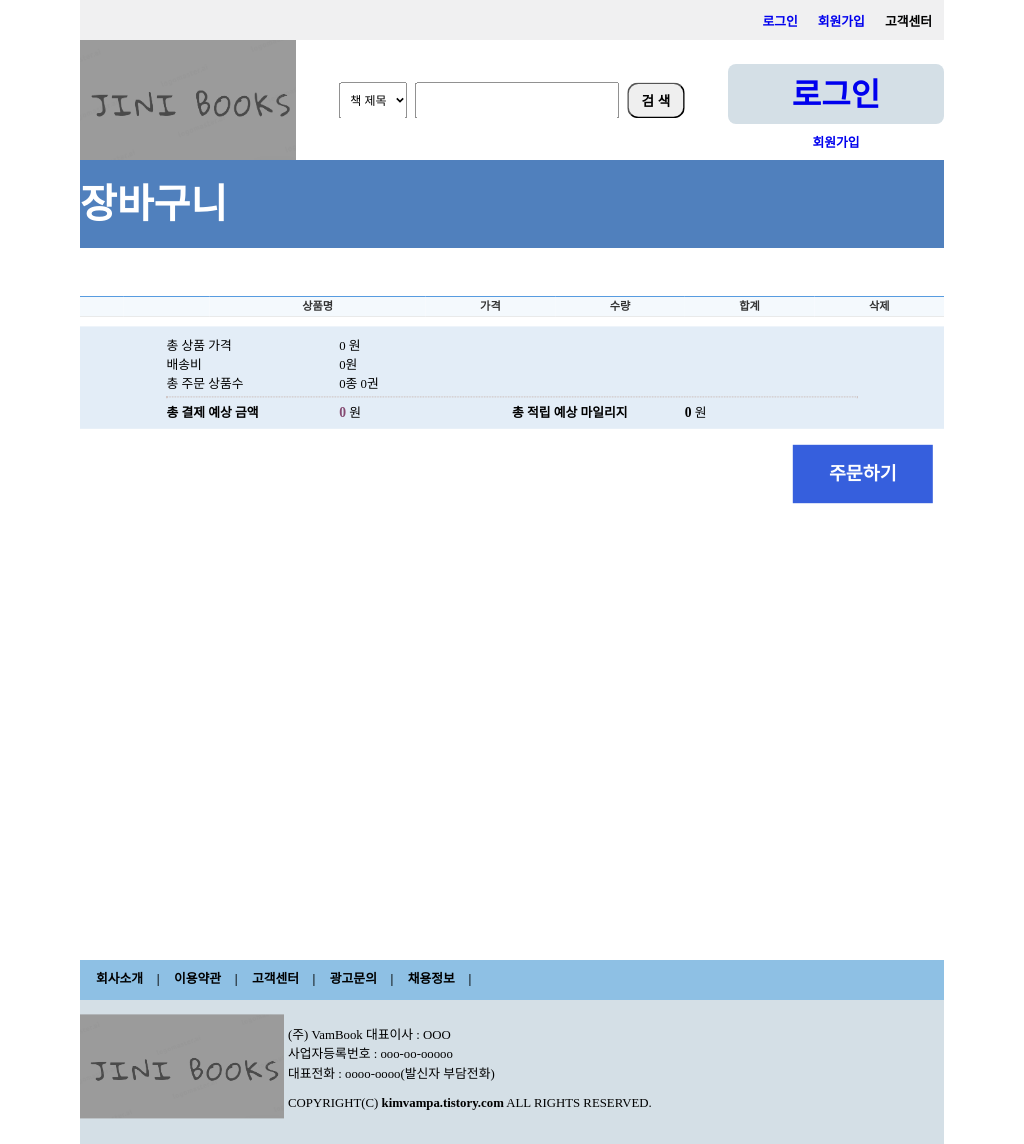
Repository: leechanjin7/ShoppingMall
Page: http://localhost/ShoppingMall/WEB-INF/views/cart.jsp
These files come from the project's save history. The page is drawn as it stood at one moment and after the next save; the edit follows.
The browser window is 1280 px wide. The pictures show the whole page, at 80% of full size.
The page is served by Tomcat 9. Nobody is signed in. Other server files are loaded and not shown. The template is opened directly, without the code that normally fills it, so the values that code supplies are empty.

Above is the page before, as saved 2023-09-12 06:09:26.

### workspace/ShoppingMall/src/main/webapp/WEB-INF/views/cart.jsp
<%@ page language="java" contentType="text/html; charset=UTF-8"
	pageEncoding="UTF-8"%>
<%@ taglib uri="http://java.sun.com/jsp/jstl/core" prefix="c"%>
<%@ taglib prefix="fmt" uri="http://java.sun.com/jsp/jstl/fmt"%>
<!DOCTYPE html>
<html>
<head>
<meta charset="UTF-8">
<title>Welcome BookMall</title>
<link rel="stylesheet" href="/resources/css/cart.css">
<script src="https://code.jquery.com/jquery-3.4.1.js"
	integrity="sha256-WpOohJOqMqqyKL9FccASB9O0KwACQJpFTUBLTYOVvVU="
	crossorigin="anonymous"></script>
</head>
<body>

	<div class="wrapper">
		<div class="wrap">
			<div class="top_gnb_area">
				<ul class="list">
					<c:if test="${member == null}">
						<!-- 로그인 x -->
						<li><a href="/member/login">로그인</a></li>
						<li><a href="/member/join">회원가입</a></li>
					</c:if>
					<c:if test="${member != null }">
						<!-- 로그인 o -->
						<c:if test="${member.adminCk == 1 }">
							<!-- 관리자 계정 -->
							<li><a href="/admin/main">관리자 페이지</a></li>
						</c:if>
						<li><a id="gnb_logout_button">로그아웃</a></li>
						<li>마이룸</li>
						<li><a href="/cart/${member.memberId}">장바구니</a></li>
					</c:if>
					<li>고객센터</li>
				</ul>
			</div>
			<div class="top_area">
				<!-- 로고영역 -->
				<div class="logo_area">
					<a href="/main"><img src="/resources/img/mLogo.png"></a>
				</div>
				<div class="search_area">
					<div class="search_wrap">
						<form id="searchForm" action="/search" method="get">
							<div class="search_input">
								<select name="type">
									<option value="T">책 제목</option>
									<option value="A">작가</option>
								</select> <input type="text" name="keyword"
									value="<c:out value="${pageMaker.cri.keyword}"/>">
								<button class='btn search_btn'>검 색</button>
							</div>
						</form>
					</div>
				</div>
				<div class="login_area">

					<!-- 로그인 하지 않은 상태 -->
					<c:if test="${member == null }">
						<div class="login_button">
							<a href="/member/login">로그인</a>
						</div>
						<span><a href="/member/join">회원가입</a></span>
					</c:if>

					<!-- 로그인한 상태 -->
					<c:if test="${ member != null }">
						<div class="login_success_area">
							<span>회원 : ${member.memberName}</span> <span>충전금액 : <fmt:formatNumber
									value="${member.money }" pattern="\#,###.##" /></span> <span>포인트
								: <fmt:formatNumber value="${member.point }" pattern="#,###" />
							</span> <a href="/member/logout.do">로그아웃</a>
						</div>
					</c:if>

				</div>
				<div class="clearfix"></div>
			</div>
			<div class="content_area">


				<div class="content_subject"><span>장바구니</span></div>
				<!-- 장바구니 리스트 -->
				<div class="content_middle_section"></div>
				<!-- 장바구니 가격 합계 -->
				<!-- cartInfo -->
				<div class="content_totalCount_section">

					<table class="subject_table">
						<caption>표 제목 부분</caption>
						<tbody>

							<tr>
								<th class="td_width_1"></th>
								<th class="td_width_2"></th>
								<th class="td_width_3">상품명</th>
								<th class="td_width_4">가격</th>
								<th class="td_width_4">수량</th>
								<th class="td_width_4">합계</th>
								<th class="td_width_4">삭제</th>
							</tr>
						</tbody>
					</table>
					<table class="cart_table">
						<caption>표 내용 부분</caption>
						<tbody>
							<c:forEach items="${cartInfo}" var="ci">
								<tr>
									<td class="td_width_1 cart_info_td">
										<input type="checkbox" class="individual_cart_checkbox_input_size_20" checked="checked" />
										<input type="hidden" class="individual_bookPrice_input" value="${ci.bookPrice}">
										<input type="hidden" class="individual_salePrice_input" value="${ci.salePrice}">
										<input type="hidden" class="individual_bookCount_input" value="${ci.bookCount}">
										<input type="hidden" class="individual_totalPrice_input" value="${ci.salePrice * ci.bookCount}">
										<input type="hidden" class="individual_point_input" value="${ci.point}">
										<input type="hidden" class="individual_totalPoint_input" value="${ci.totalPoint}">
									</td>
									<td class="td_width_2"></td>
									<td class="td_width_3">${ci.bookName}</td>
									<td class="td_width_4 price_td">
										<del>정가 : <fmt:formatNumber value="${ci.bookPrice}" pattern="#,### 원" /></del><br>
										판매가 : <span class="red_color"><fmt:formatNumber value="${ci.salePrice}" pattern="#,### 원" /></span><br>
										마일리지 : <span class="green_color"><fmt:formatNumber value="${ci.point}" pattern="#,###" /></span>
									</td>
									<td class="td_width_4 table_text_align_center">
										<div class="table_text_align_center quantity_div">
											<input type="text" value="${ci.bookCount}" class="quantity_input">
											<button class="quantity_btn plus_btn">+</button>
											<button class="quantity_btn minus_btn">-</button>
										</div>
										<a class="quantity_modify_btn">변경</a>
									</td>
									<td class="td_width_4 table_text_align_center">
										<fmt:formatNumber value="${ci.salePrice * ci.bookCount}" pattern="#,### 원" />
									</td>
									<td class="td_width_4 table_text_align_center delete_btn"><button>삭제</button></td>
								</tr>
							</c:forEach>
						</tbody>
					</table>
					<table class="list_table">
					</table>
				</div>
				<!-- 가격 종합 -->
				<div class="content_total_section">
					<div class="total_wrap">
						<table>
							<tr>
								<td>
									<table>
										<tr>
											<td>총 상품 가격</td>
											<td>
												<span class="totalPrice_span">70000</span> 원
											</td>
										</tr>
										<tr>
											<td>배송비</td>
											<td>
												<span class="delivery_price">3000</span>원
											</td>
										</tr>
										<tr>
											<td>총 주문 상품수</td>
											<td><span class="totalKind_span"></span>종 <span class="totalCount_span"></span>권</td>
										</tr>
									</table>
								</td>
								<td>
									<table>
										<tr>
											<td></td>
											<td></td>
										</tr>
									</table>
								</td>
							</tr>
						</table>
						<div class="boundary_div">구분선</div>
						<table>
							<tr>
								<td>
									<table>
										<tbody>
											<tr>
												<td>
													<strong>총 결제 예상 금액</strong>
												</td>
												<td>
													<span class="finalTotalPrice_span">70000</span> 원
												</td>
											</tr>
										</tbody>
									</table>
								</td>
								<td>
									<table>
										<tbody>
											<tr>
												<td>
													<strong>총 적립 예상 마일리지</strong>

												</td>
												<td>
													<span class="totalPoint_span">70000</span> 원
												</td>
											</tr>
										</tbody>
									</table>
								</td>
							</tr>
						</table>
					</div>
				</div>
				<!-- 구매 버튼 영역 -->
				<div class="content_btn_section">
					<a>주문하기</a>
				</div>


			</div>

			<!-- Footer 영역 -->
			<div class="footer_nav">
				<div class="footer_nav_container">
					<ul>
						<li>회사소개</li>
						<span class="line">|</span>
						<li>이용약관</li>
						<span class="line">|</span>
						<li>고객센터</li>
						<span class="line">|</span>
						<li>광고문의</li>
						<span class="line">|</span>
						<li>채용정보</li>
						<span class="line">|</span>
					</ul>
				</div>
			</div>
			<!-- class="footer_nav" -->

			<div class="footer">
				<div class="footer_container">

					<div class="footer_left">
						<img src="/resources/img/Logo.png">
					</div>
					<div class="footer_right">
						(주) VamBook 대표이사 : OOO <br> 사업자등록번호 : ooo-oo-ooooo <br>
						대표전화 : oooo-oooo(발신자 부담전화) <br> <br> COPYRIGHT(C) <strong>kimvampa.tistory.com</strong>
						ALL RIGHTS RESERVED.
					</div>
					<div class="clearfix"></div>
				</div>
			</div>
			<!-- class="footer" -->

		</div>
		<!-- class="wrap" -->
	</div>
	<!-- class="wrapper" -->

	<script>

	$(document).ready(function(){

		//종합 정보 섹션 정보 삽입
		setTotalInfo();
	});

	/* 체크여부에따른 종합 정보 변화 */
	$(".individual_cart_checkbox").on("change", function(){
		/* 총 주문 정보 세팅(배송비, 총 가격, 마일리지, 물품 수, 종류) */
		setTotalInfo($(".cart_info_td"));
	});
	/* 총 주문 정보 세팅(배송비, 총 가격, 마일리지, 물품 수, 종류) */
	function setTotalInfo(){

		let totalPrice = 0;				// 총 가격
		let totalCount = 0;				// 총 갯수
		let totalKind = 0;				// 총 종류
		let totalPoint = 0;				// 총 마일리지
		let deliveryPrice = 0;			// 배송비
		let finalTotalPrice = 0; 		// 최종 가격(총 가격 + 배송비)


		$(".cart_info_td").each(function(index, element){

			if($(element).find(".individual_cart_checkbox").is(":checked") == true){
				// 총 가격
				totalPrice += parseInt($(element).find(".individual_totalPrice_input").val());
				// 총 갯수
				totalCount += parseInt($(element).find(".individual_bookCount_input").val());
				// 총 종류
				totalKind += 1;
				// 총 마일리지
				totalPoint += parseInt($(element).find(".individual_totalPoint_input").val());
			}

		});


		/* 배송비 결정 */
		if(totalPrice >= 30000){
			deliveryPrice = 0;
		} else if(totalPrice == 0){
			deliveryPrice = 0;
		} else {
			deliveryPrice = 3000;
		}

			finalTotalPrice = totalPrice + deliveryPrice;

		/* ※ 세자리 컴마 Javscript Number 객체의 toLocaleString() */

		// 총 가격
		$(".totalPrice_span").text(totalPrice.toLocaleString());
		// 총 갯수
		$(".totalCount_span").text(totalCount);
		// 총 종류
		$(".totalKind_span").text(totalKind);
		// 총 마일리지
		$(".totalPoint_span").text(totalPoint.toLocaleString());
		// 배송비
		$(".delivery_price").text(deliveryPrice);
		// 최종 가격(총 가격 + 배송비)
		$(".finalTotalPrice_span").text(finalTotalPrice.toLocaleString());
	}
	</script>

</body>
</html>

### workspace/ShoppingMall/src/main/webapp/resources/css/cart.css
@charset "UTF-8";

* {
	margin: 0;
	padding: 0;
}

a {
	text-decoration: none;
}
/* 화면 전체 렙 */
.wrapper {
	width: 100%;
}
/* content 랩 */
.wrap {
	width: 1080px;
	margin: auto;
}
/* 홈페이지 기능 네비 */
.top_gnb_area {
	width: 100%;
	height: 50px;
	background-color: #f0f0f1;
	position: relative;
}

.top_gnb_area .list {
	position: absolute;
	top: 0px;
	right: 0;
}

.top_gnb_area .list li {
	list-style: none;
	float: left;
	padding: 13px 15px 0 10px;
	font-weight: 900;
	cursor: pointer;
}
/* 로고, 검색, 로그인 */
.top_area {
	width: 100%;
	height: 150px;
	/* background-color: #f7f0b9; */
}
/* 로고 영역 */
.logo_area {
	width: 25%;
	height: 100%;
	float: left;
}

.logo_area img {
	width: 100%;
	height: 100%;
}

/* 검색 박스 영역 */
.search_area {
	width: 50%;
	height: 100%;
	float: left;
}

.search_wrap {
	width: 100%;
	height: 100%;
}

#searchForm {
	width: 100%;
	height: 100%;
	display: flex;
	justify-content: center;
	align-items: center;
}

.search_input {
	display: flex;
	height: 30%;
	width: 80%;
}

.search_input select {
	width: 20%;
	text-align: center;
	font-size: 15px;
}

.search_input input {
	margin-left: 10px;
	width: 57%;
	font-size: 18px;
	padding-left: 2%;
}

.search_btn {
	margin-left: 10px;
	width: 17%;
	border-radius: 14px;
	font-size: 17px;
	font-weight: 600;
}

/* 로그인 버튼 영역 */
.login_area {
	width: 25%;
	height: 100%;
	display: inline-block;
	text-align: center;
}

.login_button {
	height: 50%;
	background-color: #D4DFE6;
	margin-top: 30px;
	line-height: 77px;
	font-size: 40px;
	font-weight: 900;
	border-radius: 10px;
	cursor: pointer;
}

.login_area>span {
	margin-top: 10px;
	font-weight: 900;
	display: inline-block;
}

.login_button {
	height: 50%;
	background-color: #D4DFE6;
	margin-top: 30px;
}

/* 제품 목록 네비 */
.navi_bar_area {
	width: 100%;
	height: 70px;
	background-color: #7696fd;
}

/* 홈페이지 메인 제품 목록  */
.content_area {
	width: 100%;
	min-height: 1000px;
}

/* 로그인 성공 영역 */
.login_success_area {
	height: 62%;
	width: 80%;
	border: 2px solid #7474ad;
	border-radius: 15px;
	margin: 5% auto;
	padding-top: 5%;
}

.login_success_area>a {
	font-size: 15px;
	font-weight: 900;
	display: inline-block;
	margin-top: 5px;
	background: #e1e5e8;
	width: 82px;
	height: 22px;
	line-height: 22px;
	border-radius: 25px;
	color: #606267;
}

.login_success_area>span {
	display: block;
	text-align: left;
	margin-left: 10%;
}

/* 검색결과 없음 */
.table_empty {
	height: 50px;
	text-align: center;
	margin: 200px 0 215px 0px;
	font-size: 25px;
}

/* 필터정보 */
.search_filter {
	width: 85%;
	margin: auto;
	margin-top: 30px;
	margin-bottom: 50px;
}

.filter_button_wrap {
	width: 100%;
}

.filter_button_wrap button {
	width: 50%;
}

.filter_button {
	background-color: #04AA6D;
	border: 1px solid green;
	color: white;
	padding: 10px 24px;
	cursor: pointer;
	float: left;
}

.filter_button_wrap:after {
	content: "";
	clear: both;
	display: table;
}

.filter_button_wrap button:not(:last-child) {
	border-right: none;
}

.filter_button:hover {
	background-color: #3e8e41;
}

.filter_active {
	background-color: #045d3c;
}

.filter_content {
	padding: 20px 50px 20px 50px;
	border: 1px solid gray;
}

.filter_content a:not(:first-child) {
	margin-left: 10px;
}

.filter_a {
	display: block;
}

.filter_b {
	display: none;
}

table {
	border-collapse: collapse;
	width: 100%;
}

.table_text_align_center {
	text-align: center;
}

caption {
	visibility: hidden;
	width: 0;
	height: 0;
	font-size: 0;
	line-height: 0;
	overflow: hidden;
}

.content_subject {
	height: 110px;
	line-height: 110px;
	background-color: #5080bd;
	margin-bottom: 60px;
}

.content_subject span {
	padding-left: 30 px;
	display: inline-block;
	color: white;
	font-size: 50px;
	font-weight: bolder;
}

.content_totalCount_section {
	margin-bottom: 12px;
}

.content_btn_section {
	margin-top: 20px;
	text-align: right;
}

.content_btn_section a {
	color: #fefeff;
	background-color: #365fdd;
	min-width: 125px;
	padding: 17px 25px;
	display: inline-block;
	height: 39px;
	font-size: 23px;
	font-weight: bold;
	text-align: center;
	margin-right: 14px;
	line-height: 39px;
}

.subject_table {
	font-size: 14px;
	line-height: 20px;
	width: 100%;
	text-align: center;
}

th {
	text-align: center;
	color: #333;
	border-bottom: 1px solid #e7e7e7;
	border-top: 1px solid #3084d9;
	background: #f4f9fd;
	padding: 2px 0;
}

.td_width_1 {
	width: 5%;
}

.td_width_2 {
	width: 10%;
}

.td_width_3 {
	width: 25%;
}

.td_width_4 {
	width: 15%;
}

.cart_table {
	font-size: 14px;
	line-height: 20px;
}

.cart_table tr {
	height: 110px;
}

.price_td {
	padding-left: 5px;
}

.red_color {
	color: red;
}

.green_color {
	color: green;
}

.cart_table td {
	border-bottom: 1px solid #e7e7e7;
}

.quantity_div {
	position: relative;
	width: 42px;
	height: 25px;
	text-align: left;
	margin: 5px auto;
}

.quantity_input {
	position: absolute;
	width: 27px;
	height: 23px;
	text-align: center;
	border: 1px solid #c6c6c6;
	border-right: 0px;
	line-height: 19px;
	font-size: 12px;
	color: #4c4848;
	left: 0;
}

.quantity_btn {
	position: absolute;
	border: 1px solid #aaa;
	color: #3a60df;
	width: 14px;
	height: 13px;
	padding: 0px;
	background-color: #fff;
	font-weight: bold;
	font-size: 7px;
	line-height: 6px;
	vertical-align: middle;
}

.plus_btn {
	top: 0;
	right: 0
}

.minus_btn {
	bottom: 0;
	right: 0
}

.quantity_modify_btn {
	border: 1px solid #d0d0d0;
	height: 13px;
	line-height: 13px;
	background-color: #fff;
	text-align: center;
	width: 28px;
	display: inline-block;
	padding: 3px 6px 2px;
	margin-top: 3px;
}

.table_text_align_center {
	text-align: center;
}

.delete_btn {
	width: 40px;
}

.content_total_section {
	background-color: rgb(227, 237, 247);
}

.total_wrap {
	width: 80%;
	margin: auto;
	padding: 10px 0 10px 0;
}

.total_wrap td {
	width: 50%;
}

.finalTotalPrice_span {
	color: #854A72;
	font-size: 17px;
	font-weight: bold;
}

.totalPoint_span {
	font-size: 17px;
	font-weight: bold;
}

.boundary_div {
	font-size: 0;
	border: 1px dotted #d1c7c7;
	margin: 5px 0 5px 0;
}

.input_size_20 {
	width: 20px;
	height: 20px;
}

.all_check_input {
	margin: 18px 0 18px 18px;
}

.all_chcek_span {
	padding-left: 8px;
	font-size: 20px;
	font-weight: bold;
}

/* 이미지 */
.image_wrap {
	width: 100%;
	height: 100%;
}

.image_wrap img {
	max-width: 85%;
	height: auto;
	display: block;
}

/* footer navai 영역 */
.footer_nav {
	width: 100%;
	height: 50px;
}

.footer_nav_container {
	width: 100%;
	height: 100%;
	background-color: #8EC0E4;
}

.footer_nav_container>ul {
	font-weight: bold;
	float: left;
	list-style: none;
	position: relative;
	padding-top: 10px;
	line-height: 27px;
	font-family: dotum;
	margin-left: 10px;
}

.footer_nav_container>ul>li {
	display: inline;
	width: 45px;
	height: 19px;
	padding: 10px 9px 0 10px;
}

.footer_nav_container>ul>span {
	margin: 0 4px;
}
/* footer 영역 */
.footer {
	width: 100%;
	height: 130px;
	background-color: #D4DFE6;
	padding-bottom: 50px;
}

.footer_container {
	width: 100%;
	height: 100%;
	margin: auto;
}

.footer_left>img {
	width: 150%;
	height: 130px;
	margin-left: -20px;
	margin-top: -12px;
}

.footer_left {
	float: left;
	width: 170px;
	margin-left: 20px;
	margin-top: 30px;
}

.footer_right {
	float: left;
	width: 680px;
	margin-left: 70px;
	margin-top: 30px;
}

/* float 속성 해제 */
.clearfix {
	clear: both;
}

After the next save:
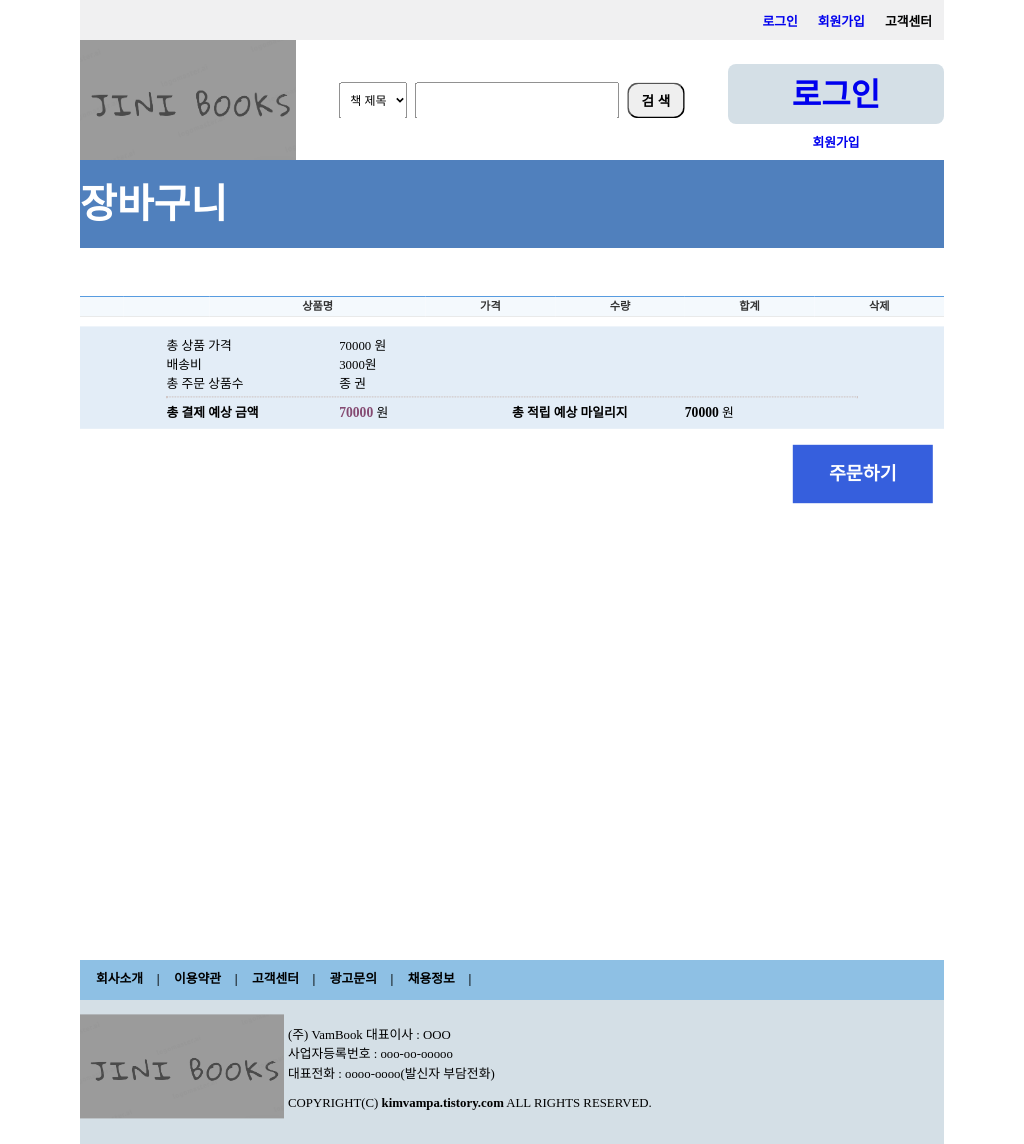
Console error: SyntaxError: Unexpected end of input
Saved 2 min 24 s later.
--- a/workspace/ShoppingMall/src/main/webapp/WEB-INF/views/cart.jsp
+++ b/workspace/ShoppingMall/src/main/webapp/WEB-INF/views/cart.jsp
@@ -327,7 +327,7 @@
 		$(".delivery_price").text(deliveryPrice);
 		// 최종 가격(총 가격 + 배송비)
 		$(".finalTotalPrice_span").text(finalTotalPrice.toLocaleString());
-	}
+
 	</script>
 
 </body>

After the save that followed:
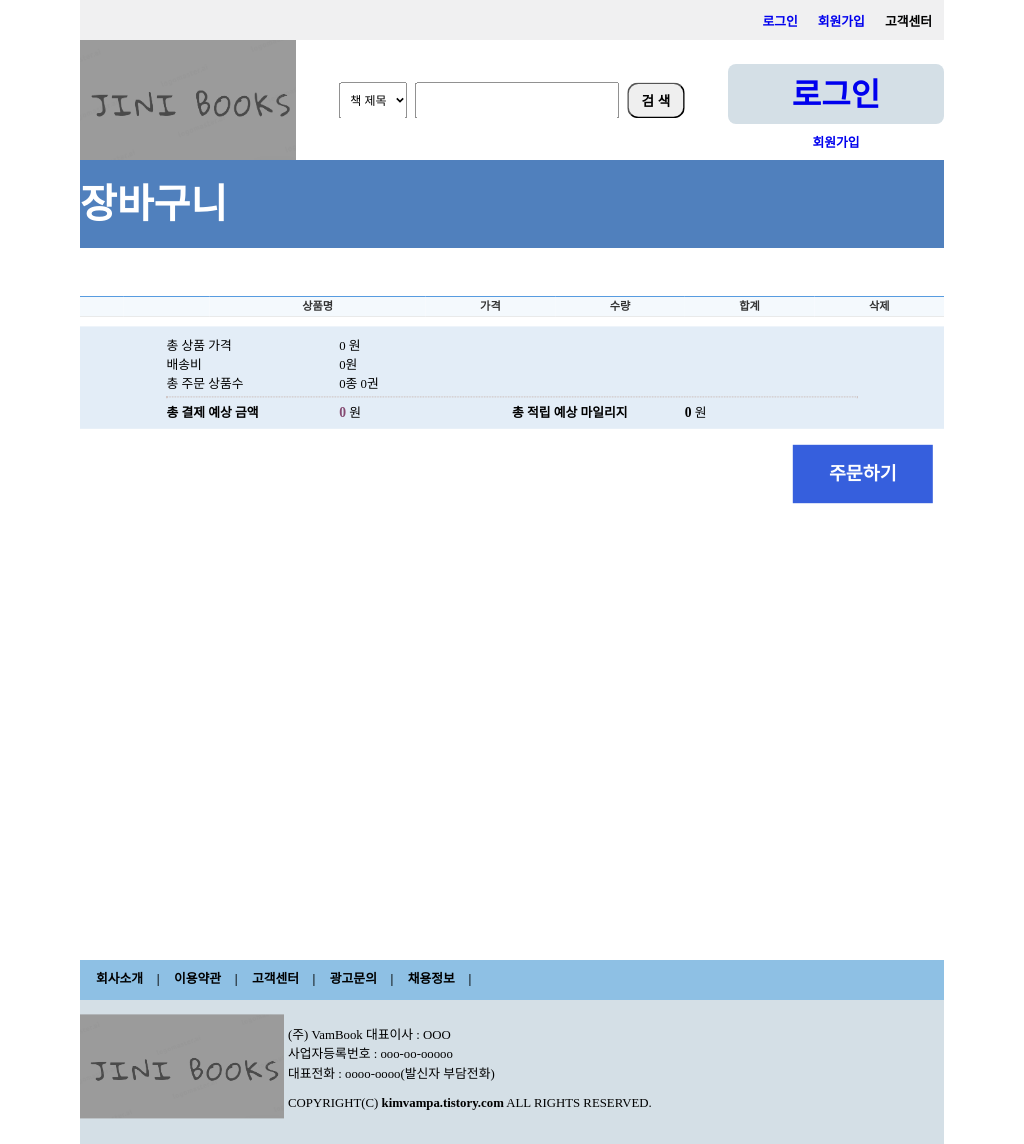
The error is gone.
Saved 18 s later.
--- a/workspace/ShoppingMall/src/main/webapp/WEB-INF/views/cart.jsp
+++ b/workspace/ShoppingMall/src/main/webapp/WEB-INF/views/cart.jsp
@@ -328,6 +328,8 @@
 		// 최종 가격(총 가격 + 배송비)
 		$(".finalTotalPrice_span").text(finalTotalPrice.toLocaleString());
 
+	}
+
 	</script>
 
 </body>
